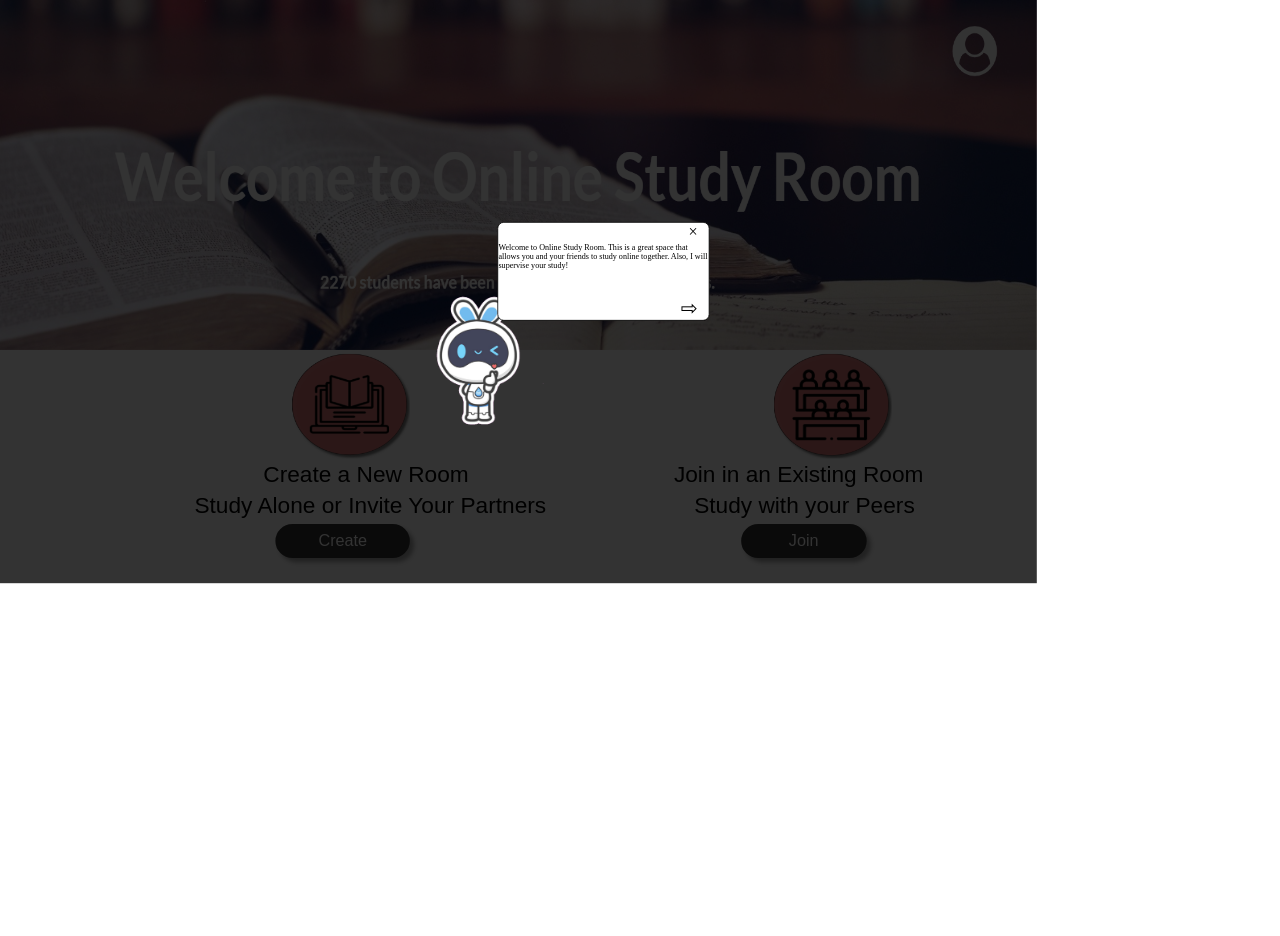
Repository: Team-Extrememe/Online-Study-Room
Page: home.html
These files come from the project's save history. The page is drawn as it stood at one moment and after the next save; the edit follows.
The browser window is 1280 px wide. The page is 1580 px wide, so the pictures cover 1580 px, including what lies to the right of the window. The pictures show the whole page, at 81% of full size.

Above is the page before, as saved 2021-10-13 16:19:32.
Console error: TypeError: Cannot set properties of null (setting 'onclick')

### home.html
<!DOCTYPE html>
<html lang="en">
<head>
    <meta charset="UTF-8">
    <meta http-equiv="X-UA-Compatible" content="IE=edge">
    <meta name="viewport" content="width=device-width, initial-scale=1.0">
    <link rel="stylesheet" href="css/style.css">
    <script src="js/jquery-3.6.0.min.js" type="text/javascript"></script>
    <script type="text/javascript" src="js/javascript.js"></script>
    <title>Homepage</title>
</head>
<body>
    <img class="home" src="Images/home.png" alt="home_header">
    <a href="login.html" class="account"></a>
    <img class="rabbit" src="Images/rabbit1.png" alt="guide_rabbit">
    <div id="light3" class="guide_div" style="border-radius: 8px; border: 1px solid black;">
        <div class="guide_text">
            <div class="close_guide_button">&times;</div>
            <div class="text1">
                Welcome to Online Study Room.  This is a great space that allows you and your friends to study online together.  Also, I will supervise your study!
            </div>
            <div class="next">&#8680;</div>
        </div>
    </div>
    <img class="rabbit2" src="Images/rabbit2.png" alt="guide_rabbit2">
    <div id="light4" class="guide_div2" style="border-radius: 8px; border: 1px solid black;">
        <div class="guide_text2">
            <div class="close_guide_button2">&times;</div>
            <span>You can create your own study room here!</span>
            <div class="back">&#8678;</div>
            <div class="next2">&#8680;</div>
        </div>
    </div>
    <img class="rabbit3" src="Images/rabbit3.png" alt="guide_rabbit3">
    <div id="light5" class="guide_div3" style="border-radius: 8px; border: 1px solid black;">
        <div class="guide_text3">
            <div class="close_guide_button3">&times;</div>
            <span>Or you can join other's study room.</span>
            <div class="back2">&#8678;</div>
            <div class="next3">&#8680;</div>
        </div>
    </div>
    <img class="rabbit4" src="Images/rabbit3.png" alt="guide_rabbit4">
    <div id="light6" class="guide_div4" style="border-radius: 8px; border: 1px solid black;">
        <div class="guide_text4">
            <div class="close_guide_button4">&times;</div>
            <span>You can create an account and log in here.</span>
            <div class="back3">&#8678;</div>
            <div class="next4">&#8680;</div>
        </div>
    </div>
    <img class="rabbit5" src="Images/rabbit4.png" alt="guide_rabbit5">
    <div id="light7" class="guide_div5">
        <div class="guide_text5">
            <span>So now, start your learning~ I will always be with you.</span>
            <div class="repeat">Repeat</div>
            <div class="end">Ok</div>
        </div>
    </div>

    <div class="room_container">
        <div class="create_room">
            <img src="Images/create.png" alt="create_room">
            <div class="create_text">
                <span class="span1">Create a New Room</span>
                <span class="span2">Study Alone or Invite Your Partners</span>
                <button class="create">Create</button>
            </div>
        </div>
        <div class="join_room">
            <img src="Images/join.png" alt="join_room">
            <div class="join_text">
                <span class="span3">Join in an Existing Room</span>
                <span class="span4">Study with your Peers</span>
                <button class="join">Join</button>
            </div>
        </div>
    </div>

    <div id="light" class="popup">
        <div class="close_button">&times;</div>
        <div class="room_type">
            <label>Private
                <input class="private" type="checkbox" name="private">
            </label>
            <label>Public
                <input class="public" type="checkbox" name="public">
            </label>
        </div>
        <div class="room_info">
            <label>Number of people:</label>
            <input class="amount" type="text">
            <span>(Maxium is 6)</span>
            <br>
            <label>Time Setting:</label>
            <input id="time" type="time" step='1' min="00:00:00" max="24:00:00">
        </div>
        <div class="device">

        </div>
        <button class="confirm_create">Create</button>
    </div>
    <div id="light2" class="popup2">
        <div class="close_button2">&times;</div>
        <img src="Images/join2.png" alt="join_other_rooms">
        <div class="room_type">
            <label>Private
                <input type="checkbox">
            </label>
            <label>Public
                <input type="checkbox">
            </label>
        </div>
        <button class="confirm_join">Join</button>
    </div>
    <div id="fade" class="black_overlay"></div>
    <div id="fade1" class="black"></div>
</body>
</html>

### css/style.css

.login{
    background: linear-gradient(144.9063727226063deg , rgba(250, 205, 145, 1) 28.000000000000004%, rgba(250, 248, 145, 1) 92%);
    margin: 0;
    padding: 0;
    height: 100vh;
    overflow: hidden;
}

body{
    margin: 0;
    padding: 0;
    height: 100vh;
    overflow: hidden;
}

div{
    display: block;
}

.login_container{
    position: absolute;
    top: 50%;
    left: 50%;
    transform: translate(-50%, -50%);
    width: 860px;
    background: white;
    height: 900px;
}

.login_container h1{
    text-align: center;
    padding: 0 0 20px 0;
    padding-top: 50px;
}

.login_container h3{
    text-align: center;
    padding-bottom: 50px;
}

.login_container form{
    padding: 0 100px;
    box-sizing: border-box;
}

form .txt_field{
    position: relative;
    margin: 30px 0;
}

.txt_field input{
    width: 60%;
    padding: 5px 5px;
    height: 40px;
    font-size: 16px;
    position: relative;
    left: 140px;
    top: 10px;
    margin-bottom: 30px;
    background-color: #f9f9f9;
    border-style: solid;
    border-color:  #d3d3d3;
    border-radius: 4px;
    border-width: 2px;
    text-indent: 0px;
    text-shadow: none;
    box-shadow: none;
}

.txt_field label{
    position: absolute;
    left: 140px;
    color: #8c8c8c;
    transform: translateY(-100%);
    font-size: 16px;

}

.remember{
    position: relative;
    left: 160px;
    color: #8c8c8c;
}

.check{
    position: relative;
    left: -140px;
}
.forgot{
    position: absolute;
    bottom: 392px;
    left: 480px;
}

.forgot a{
    text-decoration: none;
    color: rgb(43, 158, 217);
}

input[type="submit"]{
    border-width: 0px;
    position: absolute;
    left: 285px;
    top: 700px;
    width: 320px;
    height: 50px;
    background: inherit;
    background-color: rgba(30, 152, 215, 1);
    border: none;
    border-radius: 73px;
    box-shadow: none;
    font-weight: 400;
    font-style: normal;
    font-size: 25px;
    color: white;
    cursor: pointer;
}

input[type="submit"]:hover{
    background-color: rgba(30, 132, 207, 1);
}

.signup_link{
    position: absolute;
    bottom: 100px;
    left: 320px;
    color: #8c8c8c;
}

.signup_link a{
    text-decoration: none;
    color: rgb(43, 158, 217);
}

/* homepage*/

.home{
    width: 100%;
    height: 60%;
}

.account{
    display: inline-block;
    width: 88px;
    height: 81px;
    position: absolute;
    right: 69px;
    top: 41px;
    border-radius: 50%;
}

.room_container{
    width: 100%;
    height: 100%;
}

.create_room{
    width: 50%;
    float: left;
    /* margin-left: 350px; */
    height: 100%;
}

.create_room img{
    /* position: absolute;
    left: 450px; */
    padding-left: 360px;
    height: 18%;
}

.create_text{
    /* position: absolute;
    left: 420px;
    bottom: 100px; */
    font-family: 'Arial Negreta', 'Arial Normal', 'Arial', sans-serif;
    /* padding-left: 340px; */
    float: left;
    height: 10em;
}

.create_text span{
    word-break: normal;
    width: 100%;
    display: block;
    white-space: pre-wrap;
    word-wrap: break-word;
    overflow: hidden;
    padding-bottom: 10px;
    font-size: 28px;
}



.create_text span:nth-of-type(2){
    /* position: relative;
    left: -90px; */
    /* padding-left: -50px;
    text-align:left; */
}

.span1{
    padding-left: 360px;
    height: 18%;
}

.span2{
    padding-left: 260px;
    height: 18%;
}

.create{
    margin-left: 350px;
    /* height: 18%; */
}

.create_text button{
    /* position: relative;
    left: 30px; */
    width: 31%;
    height: 30%;
    background: inherit;
    background-color: rgba(51, 51, 51, 1);
    box-sizing: border-box;
    border-width: 3px;
    border-style: solid;
    border-color: rgba(51, 51, 51, 1);
    border-radius: 71px;
    box-shadow: 5px 5px 5px rgb(0 0 0 / 35%);
    font-size: 26px;
    color: rgba(255, 255, 255, 0.996078431372549);
    cursor: pointer;
}

.join_room{
    width: 50%;
    float: right;
    height: 100%;
}

.join_room img{
    /* position: absolute;
    right: 450px; */
    padding-left: 420px;
    height: 18%;
}

.join_text{
    /* position: absolute;
    right: 420px;
    bottom: 100px; */
    font-family: 'Arial Negreta', 'Arial Normal', 'Arial', sans-serif;
    float: left;
    margin-left: 20px;
    height: 10em;
}

.join_text span{
    word-break: normal;
    width: 100%;
    display: block;
    white-space: pre-wrap;
    word-wrap: break-word;
    overflow: hidden;
    padding-bottom: 10px;
    font-size: 28px;
    /* position: relative;
    right: -40px; */
}

.span3{
    padding-left: 350px;
    height: 18%;
}

.span4{
    padding-left: 375px;
    height: 18%;
}

.join_text span:nth-of-type(2){
    /* position: relative;
    right: -60px; */
}

.join_text button{
    /* position: relative;
    right: -85px; */
    margin-left: 400px;
    width: 31%;
    height: 30%;
    background: inherit;
    background-color: rgba(51, 51, 51, 1);
    box-sizing: border-box;
    border-width: 3px;
    border-style: solid;
    border-color: rgba(51, 51, 51, 1);
    border-radius: 71px;
    box-shadow: 5px 5px 5px rgb(0 0 0 / 35%);
    font-size: 26px;
    color: rgba(255, 255, 255, 0.996078431372549);
    cursor: pointer;
}

/* pop-up*/

.room_info input{
    border: 0;
    outline: 0;
    background: transparent;
    border-bottom: 1px solid black;
}

.popup{
    display: none;
    position: absolute;
    top: 35%;
    left: 37%;
    width: 500px;
    height: 240px;
    border: 10x solid black;
    background-color: white;
    z-index:1002;
    overflow: auto;
}

.popup2{
    display: none;
    position: absolute;
    top: 35%;
    left: 37%;
    width: 500px;
    height: 240px;
    border: 10x solid black;
    background-color: white;
    z-index:1002;
    overflow: auto;
}

.popup2 img{
    position: relative;
    left: 45%;
    top: 10px;
}

.popup2 .room_type{
    position: absolute;
    top: 38%;
}

.black_overlay{
    display: none;
    position: absolute;
    top: 0%;
    left: 0%;
    width: 100%;
    height: 100%;
    background-color: black;
    z-index:1001;
    opacity:.80;
    filter: alpha(opacity=88);
}

.close_button{
    position: absolute;
    right: 20px;
    top: 0px;
    font-size: 35px;
    cursor: pointer;
}

.close_button2{
    position: absolute;
    right: 20px;
    top: 0px;
    font-size: 35px;
    cursor: pointer;
}

.room_type{
    position: absolute;
    left: 28%;
    top: 15%;
    font-size: 20px;
}

.room_type label{
    padding-right: 40px;
}

.room_info{
    position: absolute;
    top: 25%;
    left: 20%;
    margin-top: 25px;
}

.room_info input{
    width: 70px;
}

.room_info label{
    display: inline-block;
    margin-bottom: 25px;
}

.confirm_create{
    position: absolute;
    bottom: 10px;
    left: 35%;
    width: 170px;
    height: 40px;
    background: inherit;
    background-color: rgba(51, 51, 51, 1);
    box-sizing: border-box;
    border-width: 3px;
    border-style: solid;
    border-color: rgba(51, 51, 51, 1);
    border-radius: 71px;
    box-shadow: 3px 2px 3px rgb(0 0 0 / 35%);
    font-size: 16px;
    color: rgba(255, 255, 255, 0.996078431372549);
    cursor: pointer;
}

.confirm_join{
    position: absolute;
    bottom: 25px;
    left: 35%;
    width: 170px;
    height: 40px;
    background: inherit;
    background-color: rgba(51, 51, 51, 1);
    box-sizing: border-box;
    border-width: 3px;
    border-style: solid;
    border-color: rgba(51, 51, 51, 1);
    border-radius: 71px;
    box-shadow: 3px 2px 3px rgb(0 0 0 / 35%);
    font-size: 16px;
    color: rgba(255, 255, 255, 0.996078431372549);
    cursor: pointer;
}

/* rabbit guide*/

.rabbit{
    width: 160px;
    height: 180px;
    float: left;
    position: absolute;
    left: 40%;
    top: 50%;
    display: block;
    position: absolute;
    background-color: transparent;
    z-index:1002;
    overflow: auto;
}

.rabbit2{
    width: 400px;
    /* height: 180px; */
    float: left;
    position: absolute;
    left: 31%;
    top: 56%;
    display: none;
    position: absolute;
    background-color: transparent;
    z-index:1002;
    overflow: auto;
}

.rabbit3{
    width: 400px;
    /* height: 180px; */
    float: left;
    position: absolute;
    left: 53%;
    top: 56%;
    display: none;
    position: absolute;
    background-color: transparent;
    z-index:1002;
    overflow: auto;
}

.rabbit4{
    width: 400px;
    /* height: 180px; */
    float: left;
    position: absolute;
    right: 5%;
    top: 12%;
    display: none;
    position: absolute;
    background-color: transparent;
    z-index:1002;
    overflow: auto;
}

.rabbit5{
    width: 200px;
    height: 200px;
    float: left;
    position: absolute;
    left: 35%;
    top: 56%;
    display: none;
    position: absolute;
    background-color: transparent;
    z-index:1002;
    overflow: auto;
}

.black{
    display: none;
    position: absolute;
    top: 0%;
    left: 0%;
    width: 100%;
    height: 100%;
    background-color: black;
    z-index:1001;
    opacity:.80;
    filter: alpha(opacity=88);
}

.guide_div {
    display: block;
    position: absolute;
    top: 38%;
    left: 48%;
    width: 260px;
    height: 120px;
    border: 10x solid black;
    background-color: white;
    z-index:1002;
    overflow: auto;
}

.guide_div2{
    display: none;
    position: absolute;
    bottom: 30%;
    left: 27%;
    width: 215px;
    height: 70px;
    border: 10x solid black;
    background-color: white;
    z-index:1002;
    overflow: none;
}

.guide_div3{
    display: none;
    position: absolute;
    bottom: 31%;
    right: 22%;
    width: 215px;
    height: 70px;
    border: 10x solid black;
    background-color: white;
    z-index:1002;
    overflow: none;
}

.guide_div4{
    display: none;
    position: absolute;
    top: 14%;
    right: 1%;
    width: 215px;
    height: 70px;
    border: 10x solid black;
    background-color: white;
    z-index:1002;
    overflow: none;
}

.guide_div5{
    display: none;
    position: absolute;
    bottom: 37%;
    left: 44%;
    width: 215px;
    height: 70px;
    border: 10x solid black;
    background-color: white;
    z-index:1002;
    overflow: none;
}

/* .text1::before{
    background-color: #F2F2F2;
    bottom: -5px;
    box-shadow: -2px 2px 2px 0 rgba(178, 178, 178, 0.4);
    content: " ";
    display: block;
    height: 13px;
    left: 5px;
    position: absolute;
    transform: rotate(-35deg) skew(-35deg);
    width: 15px;
} */

#fade1{
    display: block;
}

.light3{
    display: block;
}

.light4{
    display: block;
}

.light5{
    display: block;
}

.light6{
    display: block;
}

.light7{
    display: block;
}

.text1{
    font-size: 10px;
    position: absolute;
    top: 25px;
    /* background-color: #F2F2F2;
    border-radius: 5px;
    box-shadow: 0 0 6px #B2B2B2;
    display: inline-block;
    padding: 10px 18px;
    position: relative;
    vertical-align: top;
    float: left;
    margin: 5px 45px 5px 20px;     */
}

.guide_text2 span{
    font-size: 14px;
    position: absolute;
    top: 20px;
}

.guide_text3 span{
    font-size: 14px;
    position: absolute;
    top: 20px;
}

.guide_text4 span{
    font-size: 14px;
    position: absolute;
    top: 20px;
}

.guide_text5 span{
    font-size: 14px;
    position: absolute;
}

.close_guide_button{
    position: absolute;
    right: 14px;
    top: 0px;
    font-size: 20px;
    cursor: pointer;
}

.close_guide_button2{
    position: absolute;
    left: 184px;
    top: -2px;
    font-size: 20px;
    cursor: pointer;
}

.close_guide_button3{
    position: absolute;
    left: 184px;
    top: -2px;
    font-size: 20px;
    cursor: pointer;
}

.close_guide_button4{
    position: absolute;
    left: 184px;
    top: -2px;
    font-size: 20px;
    cursor: pointer;
}

.next{
    position: absolute;
    right: 14px;
    bottom: 0;
    font-size: 25px;
    cursor: pointer;
}

.next2{
    position: absolute;
    right: 14px;
    bottom: 0;
    font-size: 25px;
    cursor: pointer;
}

.next3{
    position: absolute;
    right: 14px;
    bottom: 0;
    font-size: 25px;
    cursor: pointer;
}

.next4{
    position: absolute;
    right: 14px;
    bottom: 0;
    font-size: 25px;
    cursor: pointer;
}

.back{
    position: absolute;
    right: 35px;
    bottom: 0;
    font-size: 25px;
    cursor: pointer;
}

.back2{
    position: absolute;
    right: 35px;
    bottom: 0;
    font-size: 25px;
    cursor: pointer;
}

.back3{
    position: absolute;
    right: 35px;
    bottom: 0;
    font-size: 25px;
    cursor: pointer;
}

.repeat, .end{
    font-size: 10px;
}

.repeat{
    position: absolute;
    right: 52px;
    bottom: 4px;
    cursor: pointer;
}

.end{
    position: absolute;
    right: 14px;
    bottom: 4px;
    cursor: pointer;
}

.errorMessage{
    margin: 0;
    padding-top: 10px;
    color: #ffc107;
    font-weight: bold;
    text-align: center;
    text-transform: uppercase;
}

/* main page*/


@media screen and (max-device-width: 1440px) {
    .span1{
        padding-left: 325px;
    }

    .span2{
        padding-left: 240px;
    }

    .create_text button{
        width: 26%;
        height: 26%;
        font-size: 20px;
    }

    .create{
        margin-left: 340px;
    }

    .span3{
        padding-right: 150px;
    }

    .join_text{
        float: right;
        margin-right: 200px;
    }

    .join_room img{
        padding-left: 315px;
    }

    .join_text button{
        width: 26%;
        height: 26%;
        font-size: 20px;
        float: right;
        margin-right: 10px;
    }


}

Loaded but not shown: js/jquery-3.6.0.min.js (library); js/javascript.js (416 lines, source omitted)

After the next save:
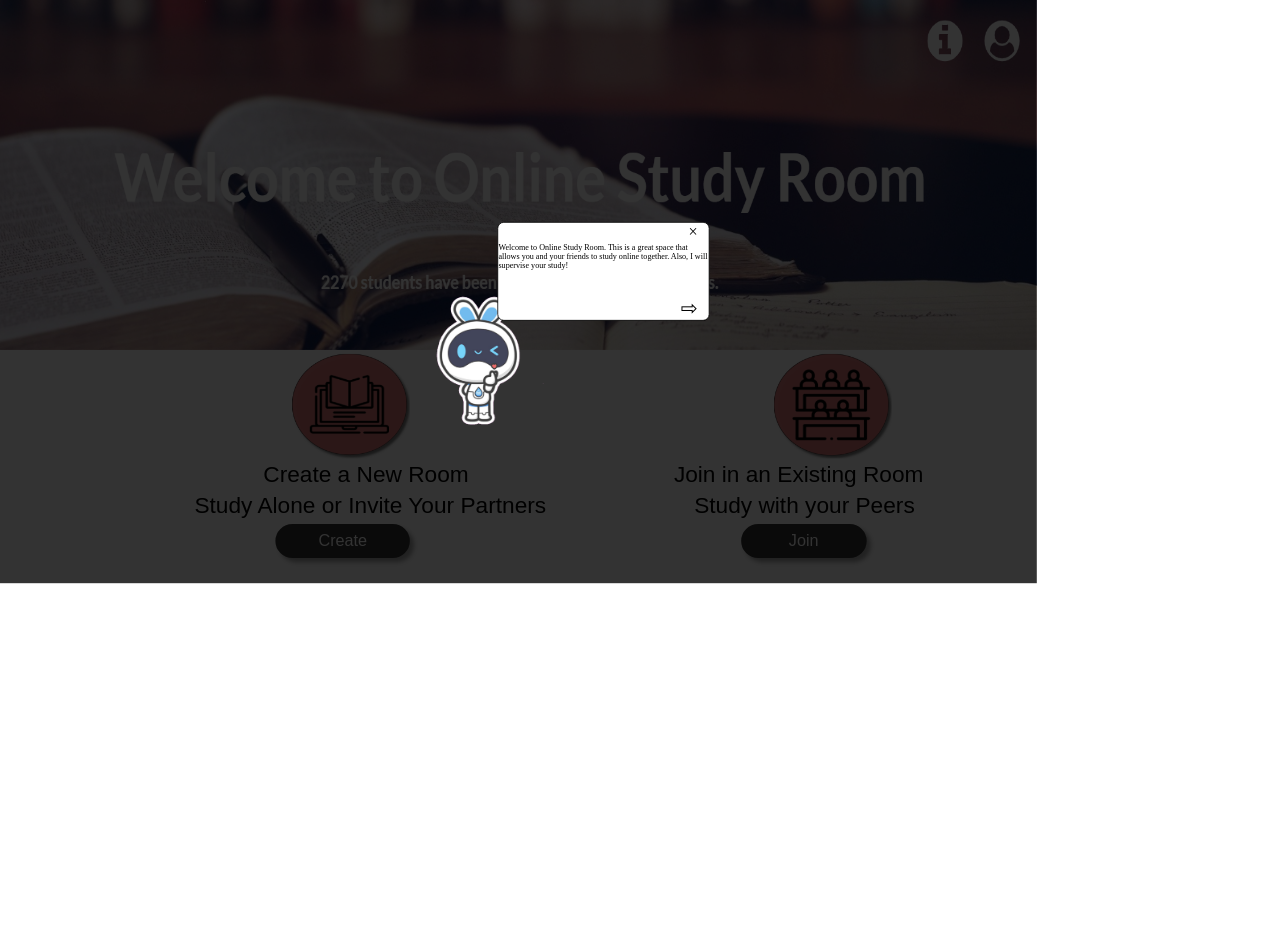
Saved 5 min 20 s later.
--- a/home.html
+++ b/home.html
@@ -10,7 +10,7 @@
     <title>Homepage</title>
 </head>
 <body>
-    <img class="home" src="Images/home.png" alt="home_header">
+    <img class="home" src="Images/home_background.png" alt="home_header">
     <a href="login.html" class="account"></a>
     <img class="rabbit" src="Images/rabbit1.png" alt="guide_rabbit">
     <div id="light3" class="guide_div" style="border-radius: 8px; border: 1px solid black;">

After the save that followed:
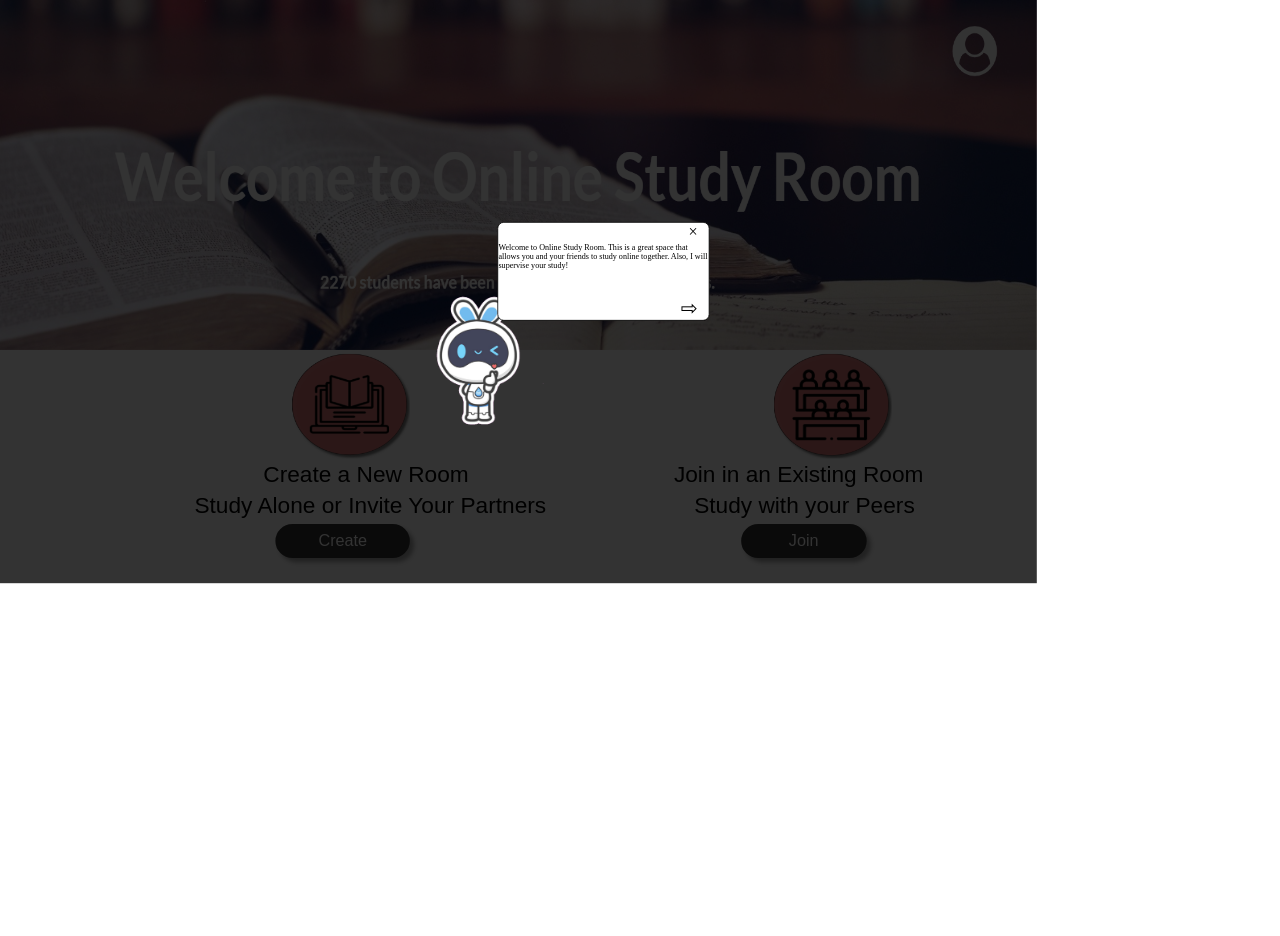
Saved 64 s later.
--- a/home.html
+++ b/home.html
@@ -10,7 +10,7 @@
     <title>Homepage</title>
 </head>
 <body>
-    <img class="home" src="Images/home_background.png" alt="home_header">
+    <img class="home" src="Images/home.png" alt="home_header">
     <a href="login.html" class="account"></a>
     <img class="rabbit" src="Images/rabbit1.png" alt="guide_rabbit">
     <div id="light3" class="guide_div" style="border-radius: 8px; border: 1px solid black;">
